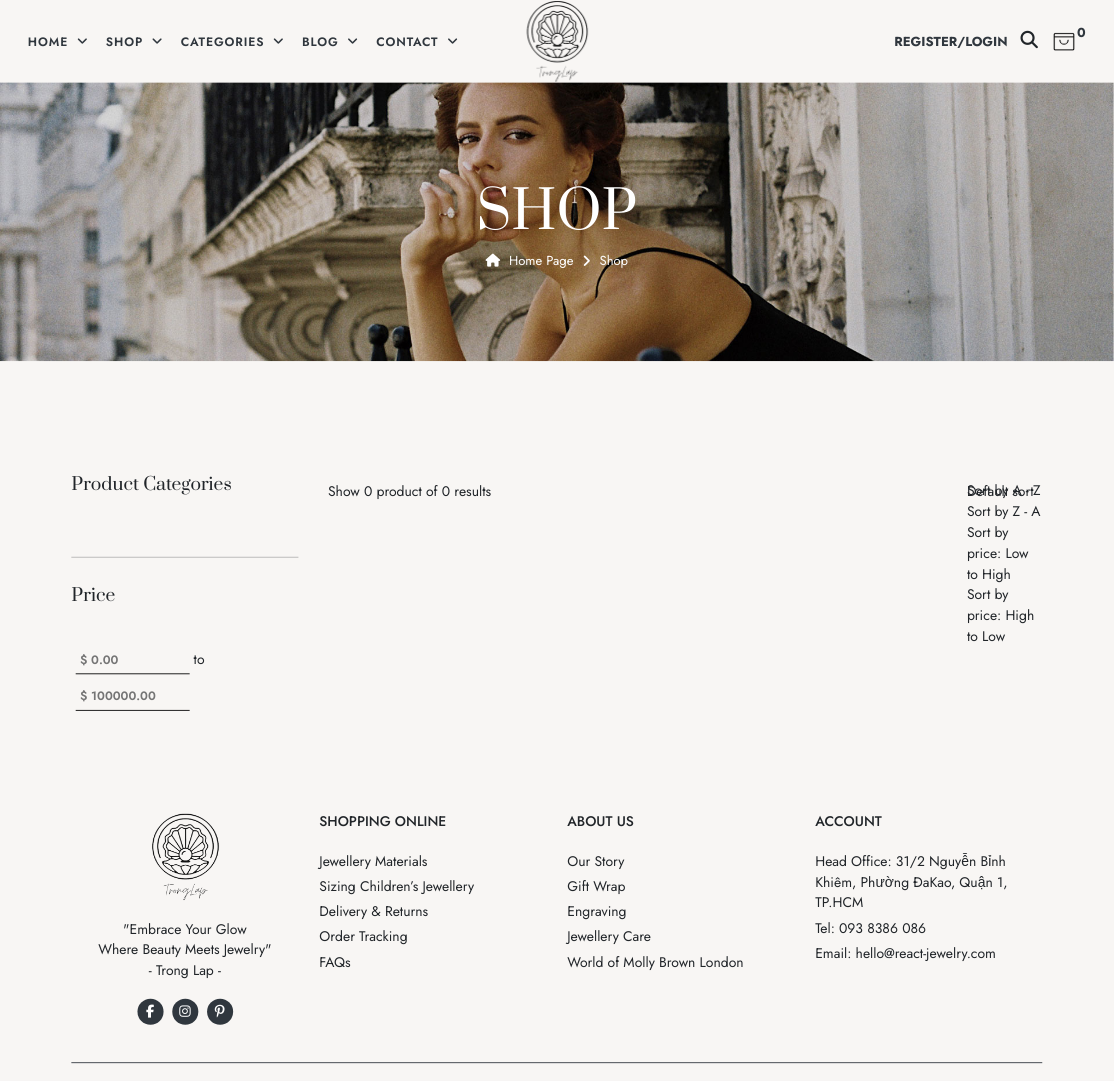
Repository: tronglap/react-jewelry
Page: /list-product
An editor plug-in stored every save of this project. The page is shown before and after the next save, followed by the edit.
The browser window is 1280 px wide. The pictures show the whole page, at 87% of full size.
The page's requests for data from a server got no answer. The project was rebuilt for these pictures with package versions that can differ from the ones it lists, and the page was loaded fresh each time. No one was signed in, and anything a server would have sent is missing. Also part of the build but not shown: src/component/Button/Button.css, src/component/Button/Button.js, src/component/SliderBar/SliderBar.css, src/component/SliderBar/SliderBar.js, src/component/Home/WWD/WWD.css, src/component/Home/WWD/WWD.js, src/component/Home/Home.css, src/component/Home/Categories/Categories.js and 14 more.

Above is the page before, as saved 2024-03-26 18:41:10.

### src/App.css
@import url('https://fonts.googleapis.com/css2?family=Jost:ital,wght@0,100..900;1,100..900&family=Prata&display=swap');


* {
    margin: 0;
    padding: 0;
    box-sizing: border-box;
}

img {
    width: 100%;
}

a {
    text-decoration: none;
}

ul {
    list-style: none;
    margin: 0;
    padding: 0;
}

body {
    font-family: "Jost", sans-serif;
    --seconddaryfont: "Prata";
    --color-primary: #daa14c;
    --color-secondary: #30373e;
    --color-text: #666;
    --color-accent: #30373e;
    --color-lighter: #888;
    --color-dark: #202020;
    --color-highlight: #ccc;
    --color-border: #e3e3e3;
    --color-background-light: #f8f6f4;
    --color-background-field: #DADADA20;
    background-color: #f8f6f4;
}

### src/component/AutoTop/AutoTop.js
import { useEffect } from "react";
import { useNavigate } from "react-router-dom";

const AutoTop = () => {
  const navigate = useNavigate();
  useEffect(() => {
    window.scrollTo({
      top: 0,
      behavior: "smooth",
    });
  }, [navigate]);
  return null;
};

export default AutoTop;

### src/component/Footer/Footer.css
.footer {
    margin-top: 10%;
    text-align: left;
    height: 40vh;
    border-bottom: 0.1px solid var(--color-secondary);
    margin-bottom: 20px;
}

.footer .logo {
    margin: 0 auto;
    width: 30%;
}

.footer .slogan {
    text-align: center;
    margin: 20px 0;
}

.footer .social-links {
    display: flex;
    gap: 10px;
    margin-top: 10px;
    justify-content: center;
}

.footer .social-links a {
    display: flex;
    align-items: center;
    justify-content: center;
    color: white;
    background-color: var(--color-secondary);
    border-radius: 50%;
    width: 30px;
    height: 30px;
    font-size: 20px;
    text-align: center;
    transition: 0.3s ease;
}

.footer .social-links a:hover {
    background-color: var(--color-primary);
}

::selection {
    color: white;
    background-color: var(--color-primary);
}

.footer ul {
    margin-top: 25px;
}

.footer ul li {
    margin-bottom: 5px;
    cursor: pointer;
    transition: 0.2s linear;
}

.footer ul li:hover {
    color: var(--color-primary)
}

### src/component/ListProduct/ListProduct.css
.ListProduct .box_product {
    margin-top: 10%;
}

.ListProduct .box_product .Product_Categories {
    font-size: 20px;
    font-family: 'Prata', sans-serif;
    font-weight: 400;
    line-height: 1.35;
    text-transform: capitalize;
    margin-bottom: 30px;
    padding-bottom: 10px;
}

.ListProduct .box_product .Categories {
    border-bottom: 1px solid rgba(128, 128, 128, 0.5);
    padding-bottom: 30px;
}

.ListProduct .box_product .Categories .diamonds {
    display: flex;
    width: 35%;
    justify-content: space-between;
    font-size: 18px;
    font-weight: 400;
    font-style: normal;
    text-rendering: optimizeLegibility;
    color: var(--color-text);
    line-height: 1.5;
    letter-spacing: 0;
    cursor: pointer;
    transition: 0.2s ease;
}

.ListProduct .box_product .Categories .diamonds:hover {
    color: var(--color-primary)
}

.ListProduct .box_product .FBP .filterbyprice {
    font-size: 20px;
    font-family: 'Prata', sans-serif;
    font-weight: 400;
    line-height: 1.35;
    text-transform: capitalize;
    margin-bottom: 30px;
    margin-top: 30px;
    padding-bottom: 10px;
}

.ListProduct .box_product .FBP input {
    width: 50%;
    padding: 5px;
    font-size: 14px;
    margin: 5px;
    font-weight: 600;
    text-transform: none;
    border: none;
    border-bottom: 1px solid black;
    outline: none;
    background-color: transparent;
}

input[type=number]::-webkit-inner-spin-button {
    -webkit-appearance: none;
}

.ListProduct .box_product .Cart_list {
    margin-bottom: 20px;
}

.ListProduct .box_product .sorting {
    display: flex;
    justify-content: space-between;
    align-items: center;
}

.ListProduct .box_product .sorting .Count_AP {
    display: flex;
    margin-bottom: 20px;
    padding: 10px;
}

.ListProduct .box_product .sort {
    display: flex;
    margin-bottom: 20px;
    padding: 10px;
    position: relative;
}

.ListProduct .box_product .sort .sorts {
    top: 20%;
    position: absolute;
}

### src/component/Cart/Cart.css
.Cart .link_header {
    display: flex;
    justify-content: flex-start;
    align-items: center;
}

.Cart .link_header .Home,
.Cart .link_header .Shop {
    line-height: 24px;
    text-decoration: none;
    color: var(--color-text);
    font-weight: 400;
    font-size: 14px;
    transition: 0.2s ease;
}

.Cart .link_header .Shop {
    color: var(--color-primary)
}

.Cart .link_header .Home:hover,
.Cart .link_header .Home:hover i {
    color: var(--color-primary)
}

.Cart .link_header .Home i,
.Cart .link_header .icon i {
    margin-right: 10px;
    color: var(--color-text);
    transition: 0.2s ease;
    font-size: 13px;
}

.Cart .link_header .icon {
    display: flex;
    align-items: center;
    justify-content: center;
    margin: 0 10px;
}

.Cart .cart-product {
    display: none;
    margin-top: 10%;
    text-align: center;
}

.Cart .cart-product.active {
    display: block;
}

.Cart .noti.active {
    display: none;
}

.Cart .cart-product .title {
    color: var(--color-secondary);
    font-weight: 600;
    text-transform: uppercase;
}

.Cart .cart-product .quantity {
    display: flex;
    align-items: center;
    justify-content: space-between;
    border: 1px solid #e3e3e3;

}

.Cart .cart-product .quantity input {
    padding: 13px 0;
    font-size: 14px;
    font-weight: 600;
    text-align: center;
    margin: 0 auto;
    outline: none;
    background-color: transparent;
    border: none;
    width: 50%;
}

.Cart .cart-product .quantity button {
    padding: 5px 10px 5px 10px;
    border: none;
    background-color: transparent;
    transition: 0.5s linear;
    border-radius: 50%;
    outline: none;
}

.Cart .cart-product .quantity button:active {
    background-color: rgba(128, 128, 128, 0.5)
}

p {
    margin: 0;
}

.Cart .cart-product .bill {
    text-align: left;
    padding: 30px 30px 40px;
    position: relative;
    background-color: #F8F6F4;
    border: 6px solid #E3E3E3;
    border-radius: 5px;
    color: var(--color-secondary)
}

.Cart .cart-product .bill .cart-total h2 {
    font-size: 28px;
    font-family: 'Prata', sans-serif;
    margin-bottom: 15px;
    font-weight: 400;
}

.Cart .cart-product .bill .total-product,
.Cart .cart-product .bill .total {
    display: flex;
    justify-content: space-between;
    align-items: center;
    font-size: 18px;
    padding: 1em 0;
}

.Cart .cart-product .bill .total {
    margin: 10% 0
}

.Cart .cart-product .bill .total .price {
    font-size: 24px;
    color: var(--color-primary);
    font-weight: 600;
}

.Cart .cart-product .bill .proceed-to-checkout {
    outline: none;
    text-align: center;
}

.Cart .cart-product .bill .proceed-to-checkout .btn-proceed .shop-now {
    margin: 0;
    text-transform: uppercase;
    width: 100%;
    font-weight: 600;
    font-size: 13px;
}

.Cart .cart-product .bill .proceed-to-checkout .btn-proceed .shop-now:hover {
    box-shadow: inset 350px 0 0 0 var(--color-primary);
}

### src/component/Home/Categories/Categories.css
img {
    width: 100%;
}

.icon_cate {
    display: flex;
    gap: 20px;
    margin: 10% 0;
    justify-content: center;
    align-items: center;
}

.icon_cate .icon1,
.icon_cate .icon2,
.icon_cate .icon3 {
    text-align: center;
}

.icon_cate .icon1 .img_icon,
.icon_cate .icon2 .img_icon,
.icon_cate .icon3 .img_icon {
    display: flex;
    justify-content: center;
    margin-bottom: 15px;
}

.icon_cate .icon1 .img_icon .thumb,
.icon_cate .icon2 .img_icon .thumb,
.icon_cate .icon3 .img_icon .thumb {
    width: 25%;
    border-radius: 50%;
    padding: 20px;
    transition: 0.2s ease;
}

.icon_cate .icon1:hover .img_icon .thumb,
.icon_cate .icon2:hover .img_icon .thumb,
.icon_cate .icon3:hover .img_icon .thumb {
    background: var(--color-primary)
}

.icon_cate .icon1 .title,
.icon_cate .icon2 .title,
.icon_cate .icon3 .title {
    font-size: 24px;
    font-family: 'Prata', sans-serif;
    letter-spacing: .3px;
    color: var(--color-secondary);
    margin-bottom: 15px;
    transition: 0.2s ease;
}

.icon_cate .icon1:hover .title,
.icon_cate .icon2:hover .title,
.icon_cate .icon3:hover .title {
    color: var(--color-primary)
}

.icon_cate .icon1 .desc,
.icon_cate .icon2 .desc,
.icon_cate .icon3 .desc {
    width: 60%;
    margin: 0 auto;
}

.cate {
    overflow: hidden;
}

.cate .right .diamond {
    overflow: hidden;
}

.cate .right {
    display: flex;
    flex-wrap: wrap;
    gap: 5%;
}

.cate .necklaces,
.cate .right .diamond,
.cate .right .earrings,
.cate .right .rings {
    position: relative;
    transition: 0.5s ease;
}

.cate .necklaces::after,
.cate .right .diamond::after,
.cate .right .earrings::after,
.cate .right .rings::after {
    content: "";
    display: block;
    opacity: 0;
    width: 100%;
    height: 200px;
    background: linear-gradient(to top, rgba(0, 0, 0, 0.3), rgba(0, 0, 0, 0));
    bottom: -100px;
    position: absolute;
    transition: 0.5s ease;
    z-index: 0;
}

.cate .necklaces:hover::after,
.cate .right .diamond:hover::after,
.cate .right .earrings:hover::after,
.cate .right .rings:hover::after {
    opacity: 1;
    bottom: 0;
}

.cate .necklaces::before,
.cate .right .diamond::before,
.cate .right .earrings::before,
.cate .right .rings::before {
    content: "";
    opacity: 0;
    width: 100%;
    height: 50px;
    font-family: 'Prata', sans-serif;
    font-size: 35px;
    color: white;
    text-align: center;
    bottom: -50px;
    position: absolute;
    transition: 0.5s ease;
    z-index: 1;
}

.cate .necklaces:hover::before {
    content: "Necklaces";
    opacity: 1;
    bottom: 20px;
}

.cate .right .diamond:hover::before {
    content: "Diamond";
    opacity: 1;
    bottom: 20px;
}

.cate .right .earrings:hover::before {
    content: "Earrings";
    opacity: 1;
    bottom: 20px;
}

.cate .right .rings:hover::before {
    content: "Rings";
    opacity: 1;
    bottom: 20px;
}

### src/component/Header/Header.css
.nav {
    display: flex;
    justify-content: space-between;
    padding: 10px 50px;
    position: absolute;
    background-color: rgba(255, 255, 255, 0);
    color: var(--color-secondary);
    z-index: 1;
    width: 100%;
}

svg {
    margin-top: 0px;
}

path {
    fill: black;
    stroke: black;
    stroke-width: 2px;
    transition: 0.2s linear;
}



.nav .left,
.nav .mid,
.nav .right {
    display: flex;
    align-items: center;
    justify-content: center;
    width: 10%;
}

.nav .right .register a {
    color: var(--color-secondary);
    text-transform: uppercase;
    font-weight: bold;
    font-size: 15px;
    transition: 0.2s linear;
}

.nav .right .register a:hover {
    color: var(--color-primary)
}

.nav .right .cart {
    display: flex;
    justify-content: center;
    align-items: center;
    margin-left: 15px;
    cursor: pointer;
}


.nav .right .cart:hover svg path {
    fill: var(--color-primary);
    stroke: var(--color-primary);
    stroke-width: 2px;
}

.nav .right .cart:hover .count {
    color: var(--color-primary)
}

.nav .right .cart .count {
    font-weight: bold;
    font-size: 15px;
    margin-bottom: 20px;
    transition: 0.2s linear;
    color: var(--color-secondary)
}


.nav .left .bar {
    display: flex;
    justify-content: center;
    align-items: center;
    cursor: pointer;
    position: relative;
    color: transparent;
}

.nav .left .bar .line1 {
    display: block;
    width: 20px;
    height: 2px;
    background-color: var(--color-secondary);
    top: 5px;
    left: 0;
    position: absolute;
    border-radius: 5px;
    transition: 0.1s linear;
}

.nav .left .bar .line2 {
    display: block;
    width: 15px;
    height: 2.5px;
    background-color: var(--color-secondary);
    top: 10px;
    left: 0;
    position: absolute;
    transition: 0.1s linear;
    border-radius: 5px;
}

.nav .left .bar .line3 {
    display: block;
    width: 20px;
    height: 2.5px;
    background-color: var(--color-secondary);
    top: 15px;
    left: 0;
    position: absolute;
    border-radius: 5px;
    transition: 0.1s linear;
}

.nav .left .bar:hover .line1,
.nav .left .bar:hover .line2,
.nav .left .bar:hover .line3 {
    background-color: var(--color-primary)
}

.nav .left .bar:hover .line2 {
    width: 20px;
}

.nav .left .search {
    display: flex;
    justify-content: center;
    align-items: center;
    cursor: pointer;
    transition: 0.2s ease;
}

.nav .left .search:hover {
    color: var(--color-primary)
}

.nav .left .search p {
    text-transform: uppercase;
    font-size: 10px;
    font-weight: bold;
    margin: 0;
}

.nav .left .search i {
    margin-right: 5px;
    font-size: 20px;
}

.nav .mid .logo {
    width: 30%;
}

/*------------------------------------*/

/*  {
    display: none;
    top: 0;
    left: 0;
    width: 100%;
    background-color: rgba(0, 0, 0, 0.5);
    position: absolute;
}

.active {
    display: block;
} */

.NavBar {
    opacity: 0;
    pointer-events: none;
    top: 0;
    left: -200px;
    width: 30%;
    height: 100vh;
    padding: 20px;
    transition: 0.3s linear;
    background-color: white;
    position: absolute;

}

.NavBar.active {
    pointer-events: visible;
    opacity: 1;
    left: 0;
}

.NavBar .icon_close {
    margin-bottom: 5%;
    cursor: pointer;
    position: relative;
}


.NavBar .icon_close .icon .line1 {
    width: 20px;
    height: 2px;
    top: 10px;
    right: 0;
    border-radius: 5px;
    background-color: black;
    transition: 0.3s ease;
    transform: rotate(45deg);
    position: absolute;
}

.NavBar .icon_close .icon .line2 {
    width: 20px;
    height: 2px;
    top: 10px;
    right: 0;
    border-radius: 5px;
    background-color: black;
    transition: 0.3s ease;
    transform: rotate(-45deg);
    position: absolute;
}

.NavBar .icon_close .icon:hover .line1,
.NavBar .icon_close .icon:hover .line2 {
    transform: rotate(0);
    height: 3.5px;
    background-color: var(--color-primary)
}

.NavBar .icon_close .Menu {
    color: var(--color-secondary);
    text-transform: uppercase;
    text-align: left;
    font-size: 14px;
    font-weight: 500;
    line-height: 20px;
    position: relative;
}

.NavBar .icon_close .Menu::after {
    content: "";
    display: block;
    margin-top: 20%;
    width: 100%;
    height: 2px;
    background-color: var(--color-primary);
    position: absolute;
}

.NavBar .Home,
.NavBar .Shop,
.NavBar .Categories,
.NavBar .Blog,
.NavBar .Contact {
    display: flex;
    justify-content: space-between;
    align-items: center;
    font-weight: 400;
    font-size: 14px;
    color: var(--color-secondary);
    padding: 15px 0px;
    transition: 0.1s linear;
    cursor: pointer;
}

.NavBar .Home i,
.NavBar .Shop i,
.NavBar .Categories i,
.NavBar .Blog i,
.NavBar .Contact i {
    font-size: 15px;
    transition: 0.3s ease;
}

.NavBar .Home:hover,
.NavBar .Shop:hover,
.NavBar .Categories:hover,
.NavBar .Blog:hover,
.NavBar .Contact:hover {
    color: var(--color-primary)
}

.NavBar .Home.active i,
.NavBar .Shop.acive i,
.NavBar .Categories.active i,
.NavBar .Blog.active i,
.NavBar .Contact.active i {
    transform: rotate(90deg);
}

### src/component/Header/HeaderMain/Header.css
svg {
    margin-top: 0px;
}

path {
    fill: black;
    stroke: black;
    stroke-width: 2px;
    transition: 0.2s linear;
}

.HeaderMain {
    display: flex;
    justify-content: space-between;
    align-items: center;
    padding: 0 20px;
}

.HeaderMain .left {
    display: flex;
    gap: 20px;
    width: 40%;
}

.HeaderMain .left .Home,
.HeaderMain .left .Shop,
.HeaderMain .left .Categories,
.HeaderMain .left .Blog,
.HeaderMain .left .Contact {
    display: flex;
    justify-content: space-between;
    align-items: center;
    text-transform: uppercase;
    line-height: 1.2857142857;
    font-weight: 600;
    font-size: 14px;
    color: var(--color-secondary);
    letter-spacing: 1px;
    transition: 0.2s ease;
}

.HeaderMain .left .Home:hover,
.HeaderMain .left .Shop:hover,
.HeaderMain .left .Categories:hover,
.HeaderMain .left .Blog:hover,
.HeaderMain .left .Contact:hover {
    color: var(--color-primary);
}


.HeaderMain .left .Home i,
.HeaderMain .left .Shop i,
.HeaderMain .left .Categories i,
.HeaderMain .left .Blog i,
.HeaderMain .left .Contact i {
    margin-left: 10px;
}

.HeaderMain .mid {
    display: flex;
    justify-content: center;
    width: 20%;
}

.HeaderMain .mid .thumb {
    width: 30%;
}

.HeaderMain .right {
    display: flex;
    align-items: center;
    justify-content: right;
    width: 40%;
}

.HeaderMain .right .register a {
    color: var(--color-secondary);
    text-transform: uppercase;
    font-weight: bold;
    font-size: 15px;
    transition: 0.2s linear;
}

.HeaderMain .right .register a:hover {
    color: var(--color-primary)
}

.HeaderMain .right .search {
    transition: 0.2s ease;
}

.HeaderMain .right .search i {
    font-size: 20px;
    margin-left: 15px;
}

.HeaderMain .right .search:hover {
    color: var(--color-primary)
}

.HeaderMain .right .cart {
    display: flex;
    justify-content: center;
    align-items: center;
    margin-left: 15px;
    cursor: pointer;
}


.HeaderMain .right .cart:hover svg path {
    fill: var(--color-primary);
    stroke: var(--color-primary);
    stroke-width: 2px;
}

.HeaderMain .right .cart:hover .count {
    color: var(--color-primary)
}

.HeaderMain .right .cart .count {
    font-weight: bold;
    font-size: 15px;
    margin-bottom: 20px;
    transition: 0.2s linear;
    color: var(--color-secondary)
}

### src/component/ListProduct/Banner/Banner.css
.Banner {
    position: relative;
}

.Banner::after {
    content: "";
    display: block;
    width: 100%;
    height: 100%;
    background-color: rgba(0, 0, 0, 0.5);
}

.Banner .content {
    text-align: center;
    width: 100%;
    top: 50%;
    transform: translateY(-50%);
    position: absolute;
    z-index: 999;

}

.Banner .content .title {
    font-size: 60px;
    font-family: 'Prata', sans-serif;
    color: white;
}

.Banner .content .link_header {
    display: flex;
    justify-content: center;
    align-items: center;
}

.Banner .content .link_header .Home,
.Banner .content .link_header .Shop {
    text-decoration: none;
    color: white;
    font-weight: 400;
    font-size: 15px;
    transition: 0.2s ease;
}

.Banner .content .link_header .Home:hover,
.Banner .content .link_header .Home:hover i {
    color: var(--color-primary)
}

.Banner .content .link_header .Home i,
.Banner .content .link_header .icon {
    margin-right: 10px;
    color: white;
    transition: 0.2s ease
}

.Banner .content .link_header .icon {
    display: flex;
    align-items: center;
    justify-content: center;
    margin: 0 10px;
}

### src/component/CardProduct/CartProduct.css
img {
    width: 100%;
}

.Card_item {
    margin: 0 5px;
    text-align: center;
    position: relative;
    width: 100%;
    text-align: center;
    overflow: hidden;
}

.Card_item .thumb {
    display: block;
    position: relative;
    transition: 0.5s linear;
    overflow: hidden;
    width: 290px;
}

.Card_item .thumb:hover {
    border-radius: 49% 49% 0 0;
}

.Card_item .thumb img {
    transition: 0.5s ease;
    position: relative;
}

.Card_item .thumb img:first-child {
    opacity: 1;
    transition: 0.3s linear;

}

.Card_item .thumb:hover img:first-child {
    opacity: 0;
}

.Card_item .thumb img:last-child {
    opacity: 0;
    position: absolute;
    top: 0;
    left: 0;
    transition: 0.3s linear;
}

.Card_item .thumb:hover img:last-child {
    opacity: 1;
    display: block;
    transform: scale(1.2);
}

.Card_item .sale {
    display: none;
    width: 50px;
    height: 20px;
    color: white;
    padding: 2.5px 10px;
    font-weight: bold;
    font-size: 10px;
    top: 10px;
    left: 10px;
    background-color: var(--color-primary);
    position: absolute;
    transition: 0.2s linear;
    z-index: 999;
}

.Card_item .sale.active {
    display: block;
}

.Card_item:hover .sale.active {
    display: none;
}

.Card_item .info {
    margin-top: 10px;
}

.Card_item .info .cate {
    color: var(--color-primary);
    text-transform: uppercase;
    font-size: 12px;
    font-weight: 500;
    line-height: 1.35;
}

.Card_item .info .name {
    font-size: 20px;
    color: var(--color-secondary);
    text-transform: capitalize;
    transition: 0.2s ease;
}

.Card_item .info .name:hover {
    color: var(--color-primary)
}

.Card_item .info .material {
    color: var(--color-text);
    text-transform: capitalize;
    font-size: 14px
}

.Card_item .info .price .discount {
    font-weight: 700;
    color: var(--color-secondary)
}

.Card_item .info .price .cost {
    color: var(--color-secondary);
    font-weight: 500;
    text-decoration: line-through;
    font-size: 14px;
}

.Card_item .info .price .discount.active {
    display: none;
}

.Card_item .info .price .cost.active {
    font-weight: 700;
    color: var(--color-secondary);
    text-decoration: none;
    font-size: 16px;
}

### src/component/CardNews/CardNews.css
img {
    width: 100%;
}

.Card_news {
    width: 90%;
    margin: 0 auto;
    cursor: pointer;
}

.Card_news .thumb {
    margin-bottom: 3%;
    overflow: hidden;
}

.Card_news .thumb img {
    transition: 0.3s linear;
}

.Card_news .thumb:hover img {
    transform: scale(1.1);
}

.Card_news .infor {
    text-align: center;
}

.Card_news .infor .date p {
    font-size: 14px;
    text-transform: capitalize;
    color: var(--color-lighter);
    transition: 0.5s ease
}

.Card_news .infor .date p:hover {
    color: var(--color-primary)
}

.Card_news .infor .title h4 {
    display: -webkit-box;
    -webkit-box-orient: vertical;
    -webkit-line-clamp: 1;
    overflow: hidden;
    transition: 0.3s ease;
}

.Card_news .infor .title h4:hover {
    color: var(--color-primary)
}

.Card_news .infor .content p {
    display: -webkit-box;
    -webkit-box-orient: vertical;
    -webkit-line-clamp: 3;
    overflow: hidden;
    color: var(--color-text)
}

.Card_news .infor .view {
    color: var(--color-dark);
    font-weight: bold;
    font-size: 13px;
    font-weight: 600;
    line-height: 1.3;
    text-transform: uppercase;
    transition: 0.3s linear;
    margin-top: 12%;
}

.Card_news .infor .view:hover {
    color: var(--color-primary)
}

@keyframes zoom_news {
    0% {
        transform: scale(1);
    }

    100% {
        transform: scale(1.1);
    }
}

Loaded but not shown: public/index.html (common file); src/index.js (common file); src/index.css (common file); src/reportWebVitals.js (common file); src/component/ListProduct/ListProduct.js (165 lines, source omitted); src/component/Header/HeaderMain/Header.js (74 lines, source omitted); src/component/Footer/Footer.js (69 lines, source omitted); src/App.js (36 lines, source omitted); src/UseContext.js (36 lines, source omitted); src/component/ListProduct/Banner/Banner.js (31 lines, source omitted); src/UseFetch.js (26 lines, source omitted)

After the next save:
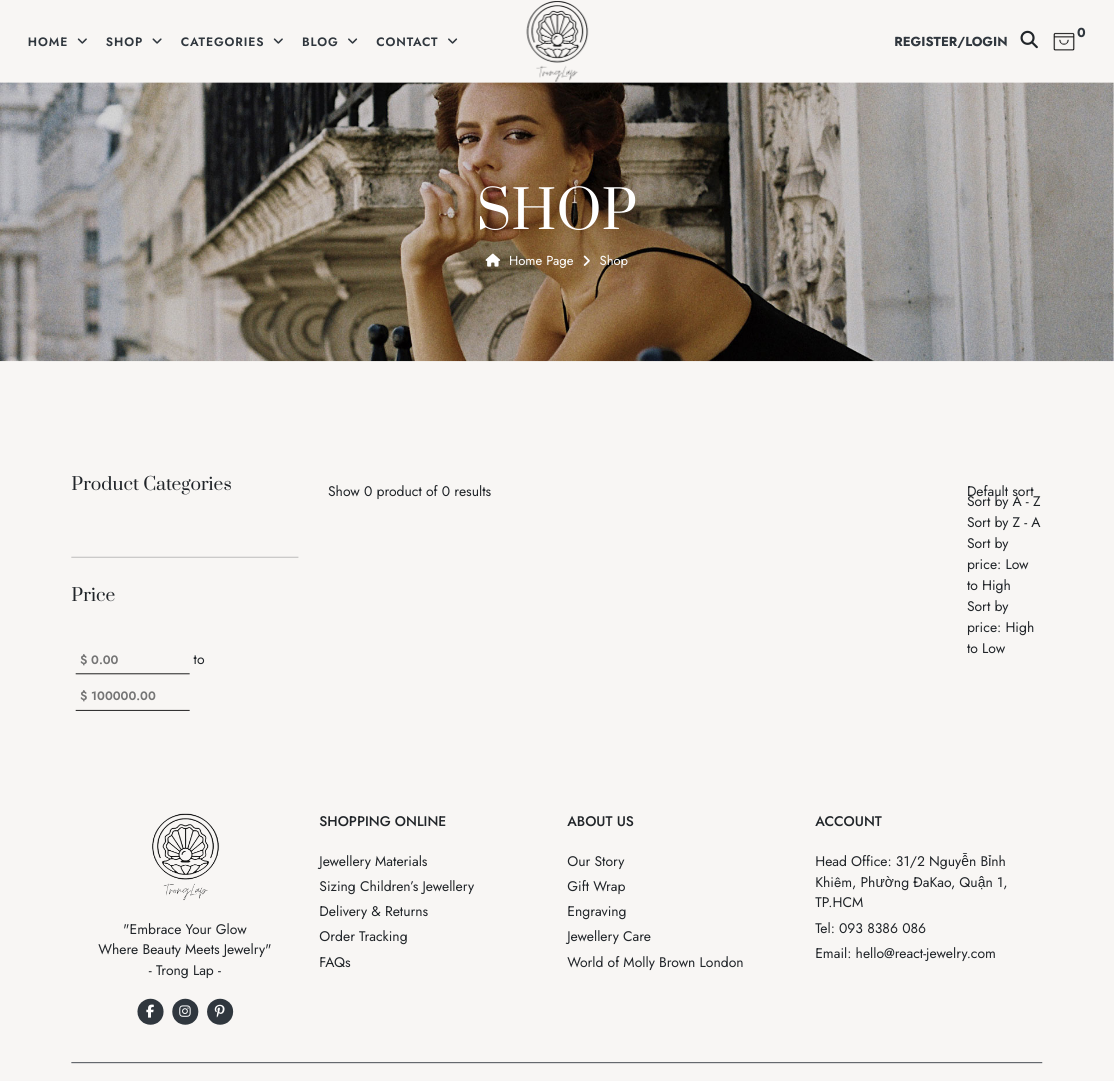
Saved 4 s later.
--- a/src/component/ListProduct/ListProduct.css
+++ b/src/component/ListProduct/ListProduct.css
@@ -88,6 +88,6 @@ input[type=number]::-webkit-inner-spin-button {
 }
 
 .ListProduct .box_product .sort .sorts {
-    top: 20%;
+    top: 50%;
     position: absolute;
 }
